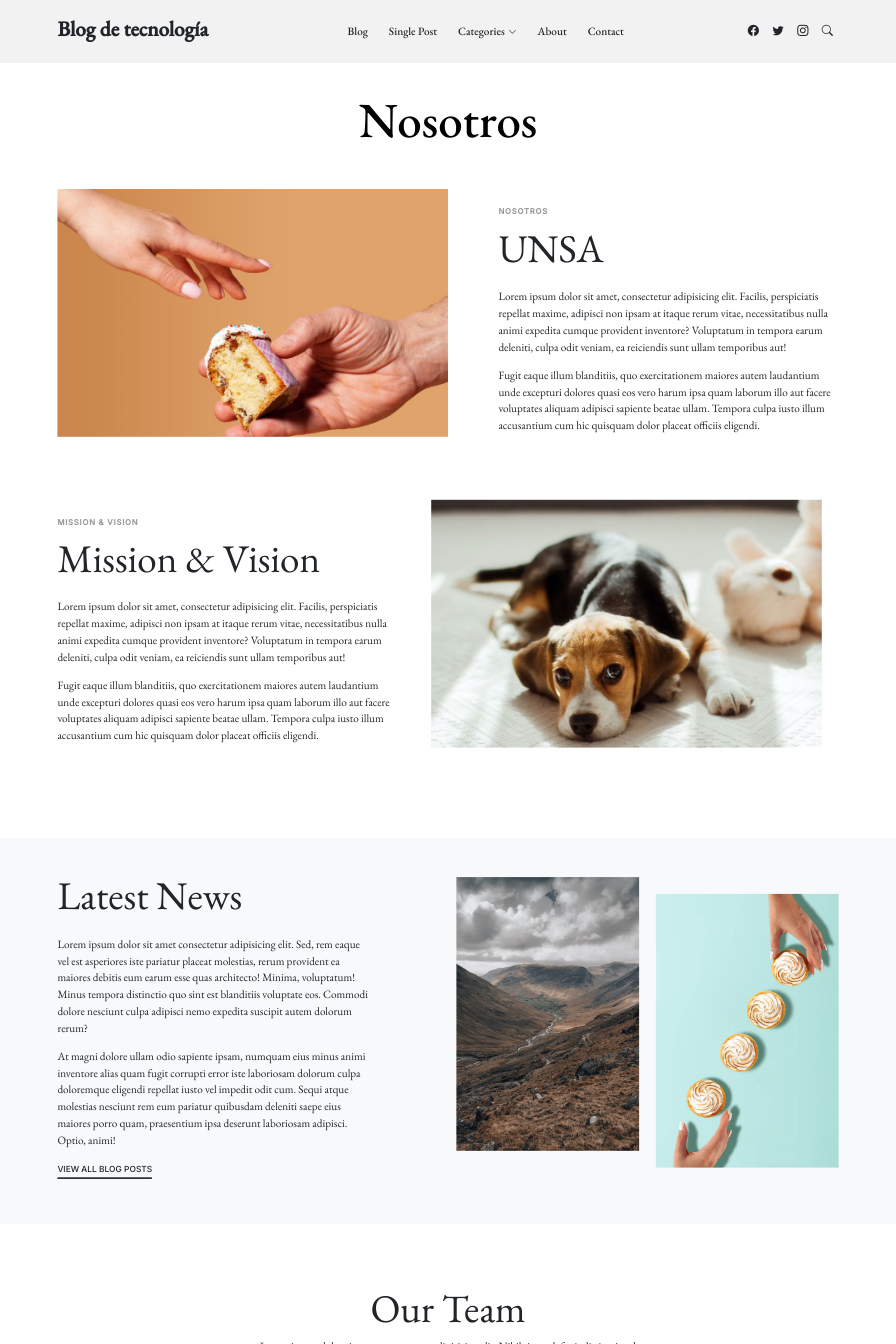
Repository: MiguelDev5/blog-miguel
Page: about.html
The author's editor kept a copy of each file at every save. The page is drawn from the files as they stood at one save, then again after the next save.
The browser window is 1280 px wide. The pictures show the part of the page from y = 0 to 1920 px (the page is 3646 px tall before and 3694 px after), at 70% of full size.
Some web fonts or font styles are not loaded; a fallback is used.

Above is the page before, as saved 2024-01-01 04:14:36.

After the next save:
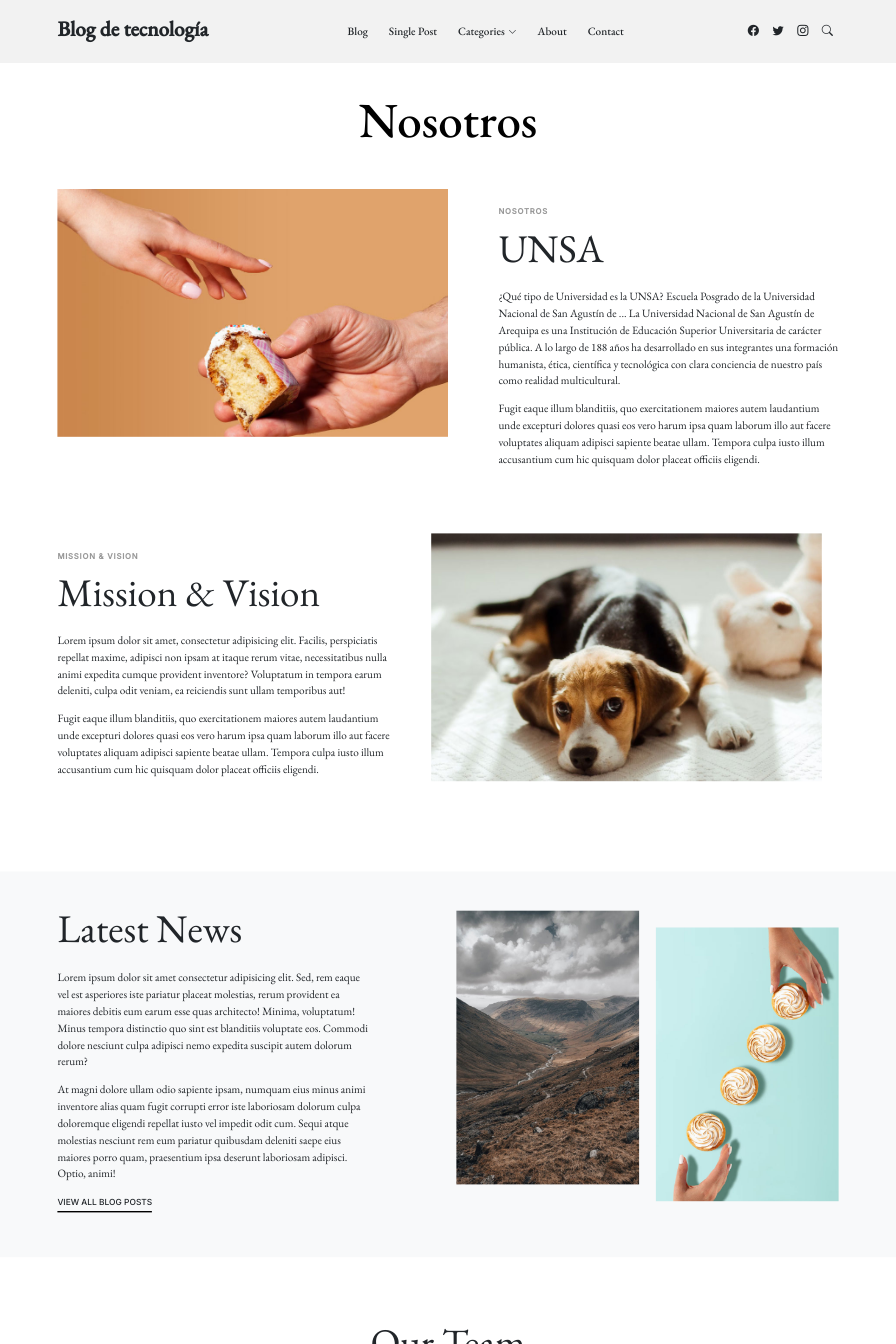
Saved 53 s later.
--- a/about.html
+++ b/about.html
@@ -113,7 +113,9 @@
               <div class="post-meta mt-4">Nosotros</div>
               <h2 class="mb-4 display-4">UNSA</h2>
 
-              <p>Lorem ipsum dolor sit amet, consectetur adipisicing elit. Facilis, perspiciatis repellat maxime, adipisci non ipsam at itaque rerum vitae, necessitatibus nulla animi expedita cumque provident inventore? Voluptatum in tempora earum deleniti, culpa odit veniam, ea reiciendis sunt ullam temporibus aut!</p>
+              <p>¿Qué tipo de Universidad es la UNSA?
+                Escuela Posgrado de la Universidad Nacional de San Agustín de ...
+                La Universidad Nacional de San Agustín de Arequipa es una Institución de Educación Superior Universitaria de carácter pública. A lo largo de 188 años ha desarrollado en sus integrantes una formación humanista, ética, científica y tecnológica con clara conciencia de nuestro país como realidad multicultural.</p>
               <p>Fugit eaque illum blanditiis, quo exercitationem maiores autem laudantium unde excepturi dolores quasi eos vero harum ipsa quam laborum illo aut facere voluptates aliquam adipisci sapiente beatae ullam. Tempora culpa iusto illum accusantium cum hic quisquam dolor placeat officiis eligendi.</p>
             </div>
           </div>

After the save that followed:
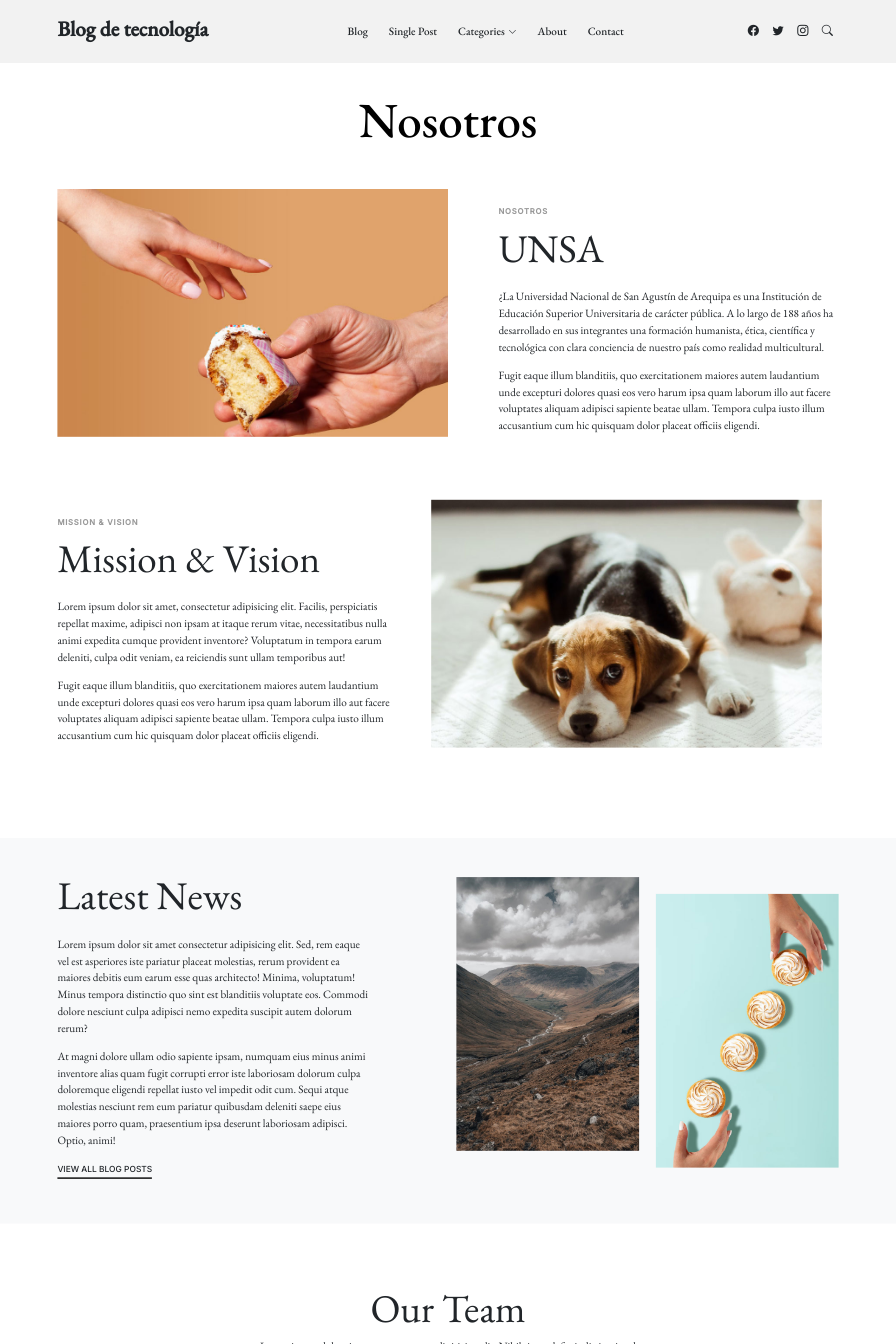
Saved 20 s later.
--- a/about.html
+++ b/about.html
@@ -113,9 +113,7 @@
               <div class="post-meta mt-4">Nosotros</div>
               <h2 class="mb-4 display-4">UNSA</h2>
 
-              <p>¿Qué tipo de Universidad es la UNSA?
-                Escuela Posgrado de la Universidad Nacional de San Agustín de ...
-                La Universidad Nacional de San Agustín de Arequipa es una Institución de Educación Superior Universitaria de carácter pública. A lo largo de 188 años ha desarrollado en sus integrantes una formación humanista, ética, científica y tecnológica con clara conciencia de nuestro país como realidad multicultural.</p>
+              <p>¿La Universidad Nacional de San Agustín de Arequipa es una Institución de Educación Superior Universitaria de carácter pública. A lo largo de 188 años ha desarrollado en sus integrantes una formación humanista, ética, científica y tecnológica con clara conciencia de nuestro país como realidad multicultural.</p>
               <p>Fugit eaque illum blanditiis, quo exercitationem maiores autem laudantium unde excepturi dolores quasi eos vero harum ipsa quam laborum illo aut facere voluptates aliquam adipisci sapiente beatae ullam. Tempora culpa iusto illum accusantium cum hic quisquam dolor placeat officiis eligendi.</p>
             </div>
           </div>
